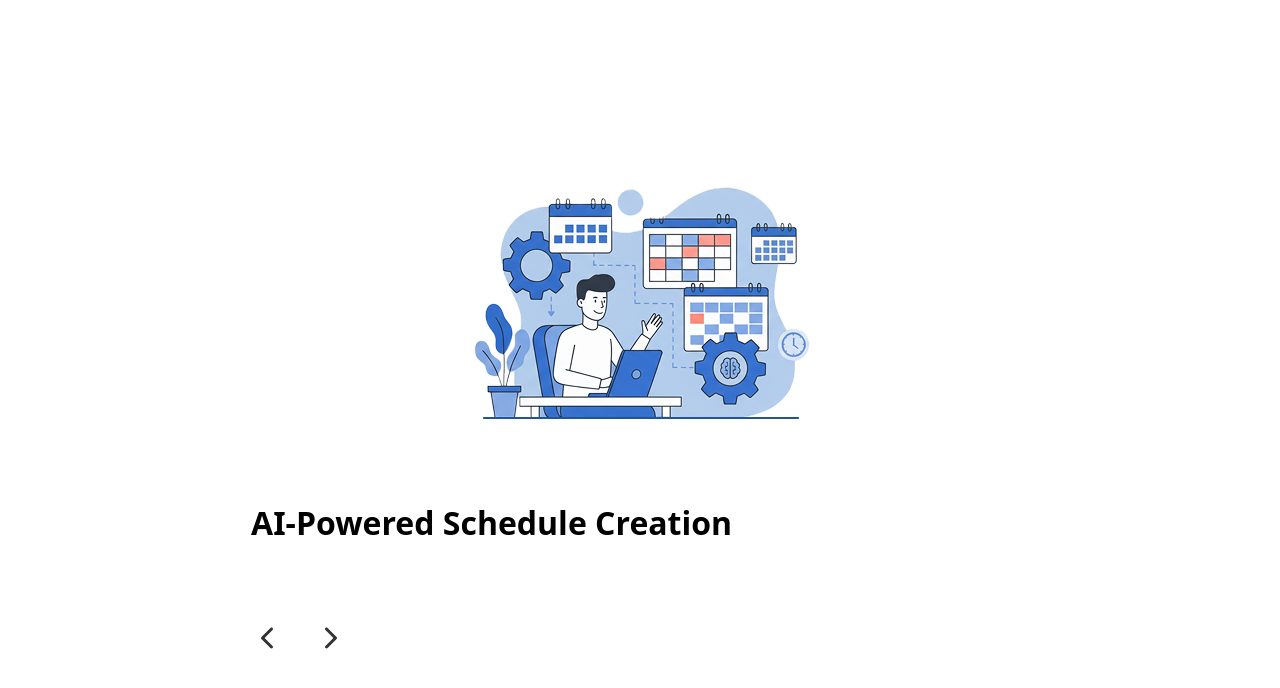
Repository: IDSP-TRADECARE/Tandem
Page: /boarding/features
These files come from the project's save history. The page is drawn as it stood at one moment and after the next save; the edit follows.
The browser window is 1280 px wide. The pictures show the whole page.
The page's requests for data from a server got no answer. Some web fonts or font styles are not loaded; a fallback is used. The project was rebuilt for these pictures with package versions that can differ from the ones it lists, and the page was loaded fresh each time. Some packages were replaced by stand-ins written for this rebuild. The framework's server and built-in components were replaced by stand-ins that run in the browser. No one was signed in, and anything a server would have sent is missing. Also part of the build but not shown: next.config.ts, src/app/components/auth/AuthGuard.tsx.

Above is the page before, as saved 2025-11-22 21:56:37.

After the next save:
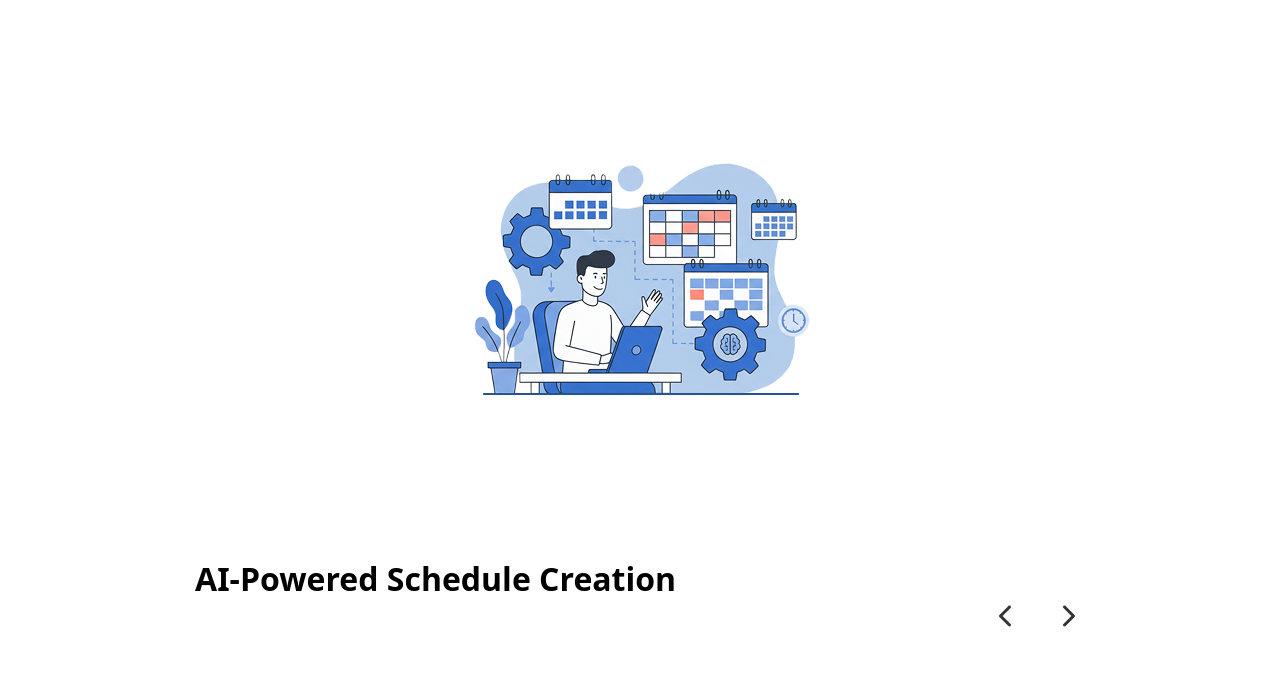
Saved 5 s later.
--- a/src/app/boarding/features/page.tsx
+++ b/src/app/boarding/features/page.tsx
@@ -57,7 +57,7 @@
                     alt={`Feature ${currentFeature.id}`}
                 />
             </div>
-            <div className='styles.content-buttons'>
+            <div className={styles["content-buttons"]}>
                 <div className={styles.content}>
                     <h1 className={styles.title}>{currentFeature.title}</h1>
 

After the save that followed:
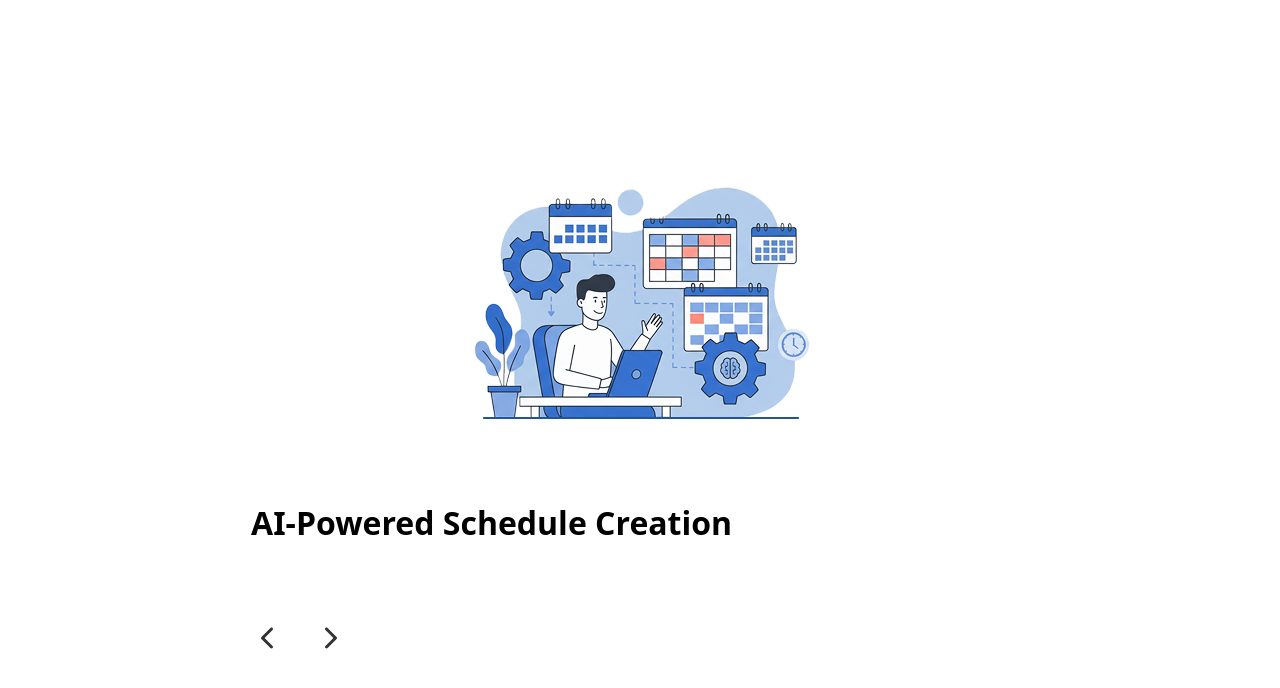
Saved 28 s later.
--- a/src/app/boarding/features/page.tsx
+++ b/src/app/boarding/features/page.tsx
@@ -57,7 +57,7 @@
                     alt={`Feature ${currentFeature.id}`}
                 />
             </div>
-            <div className={styles["content-buttons"]}>
+            <div className={styles.contentButtons}>
                 <div className={styles.content}>
                     <h1 className={styles.title}>{currentFeature.title}</h1>
 
